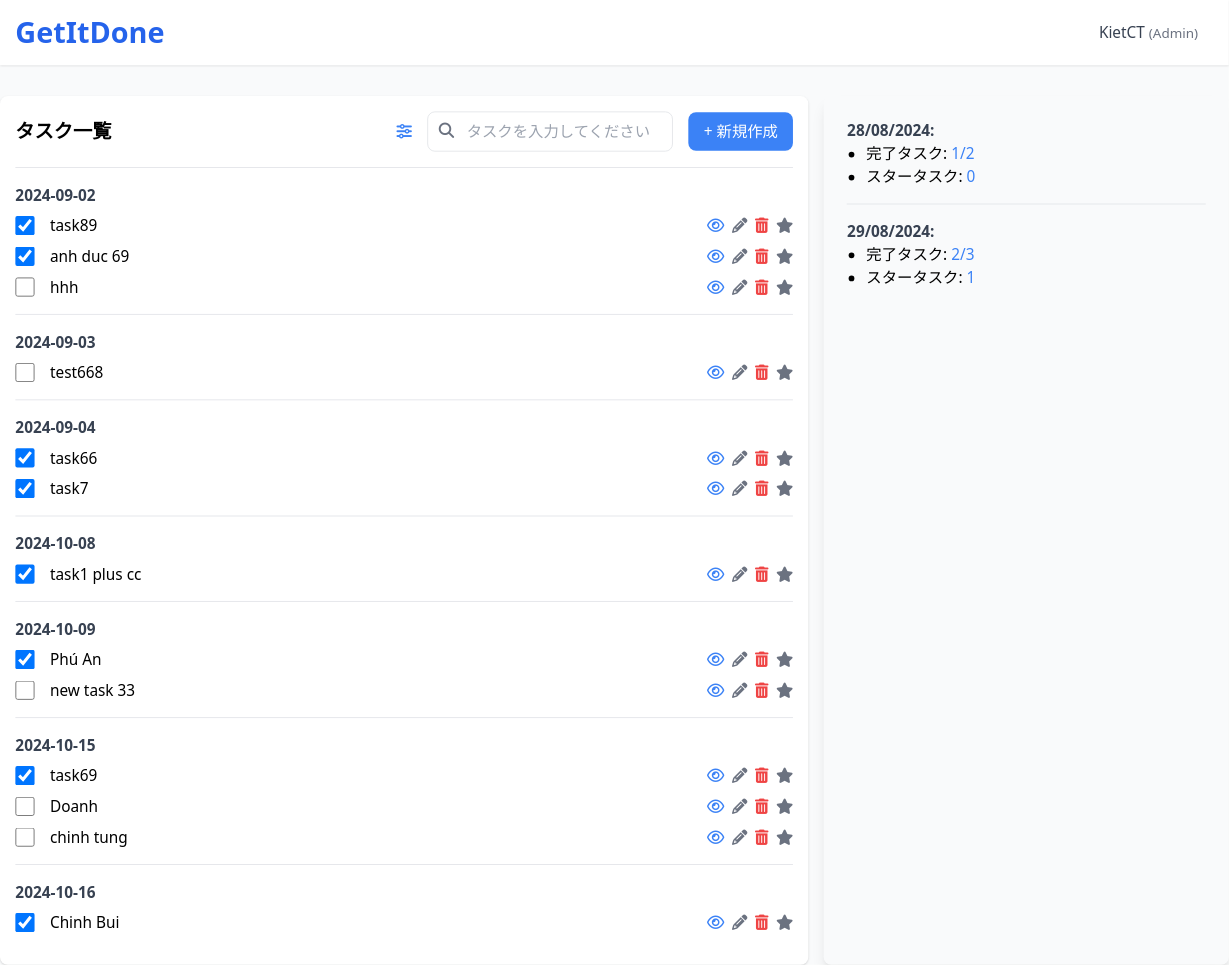
Repository: TuanAnhNguyen723/todolist
Page: http://localhost/mainscreen/mainscreen.php
The author's editor kept a copy of each file at every save. The page is drawn from the files as they stood at one save, then again after the next save.
The browser window is 1280 px wide. The pictures show the whole page, at 96% of full size.
Some web libraries are served in a nearby version. The page is run by PHP 8.4 with error messages shown; the project is at /var/www/html/. The database holds what the project's SQL file puts in it.

Above is the page before, as saved 2024-09-26 17:35:36.

After the next save:
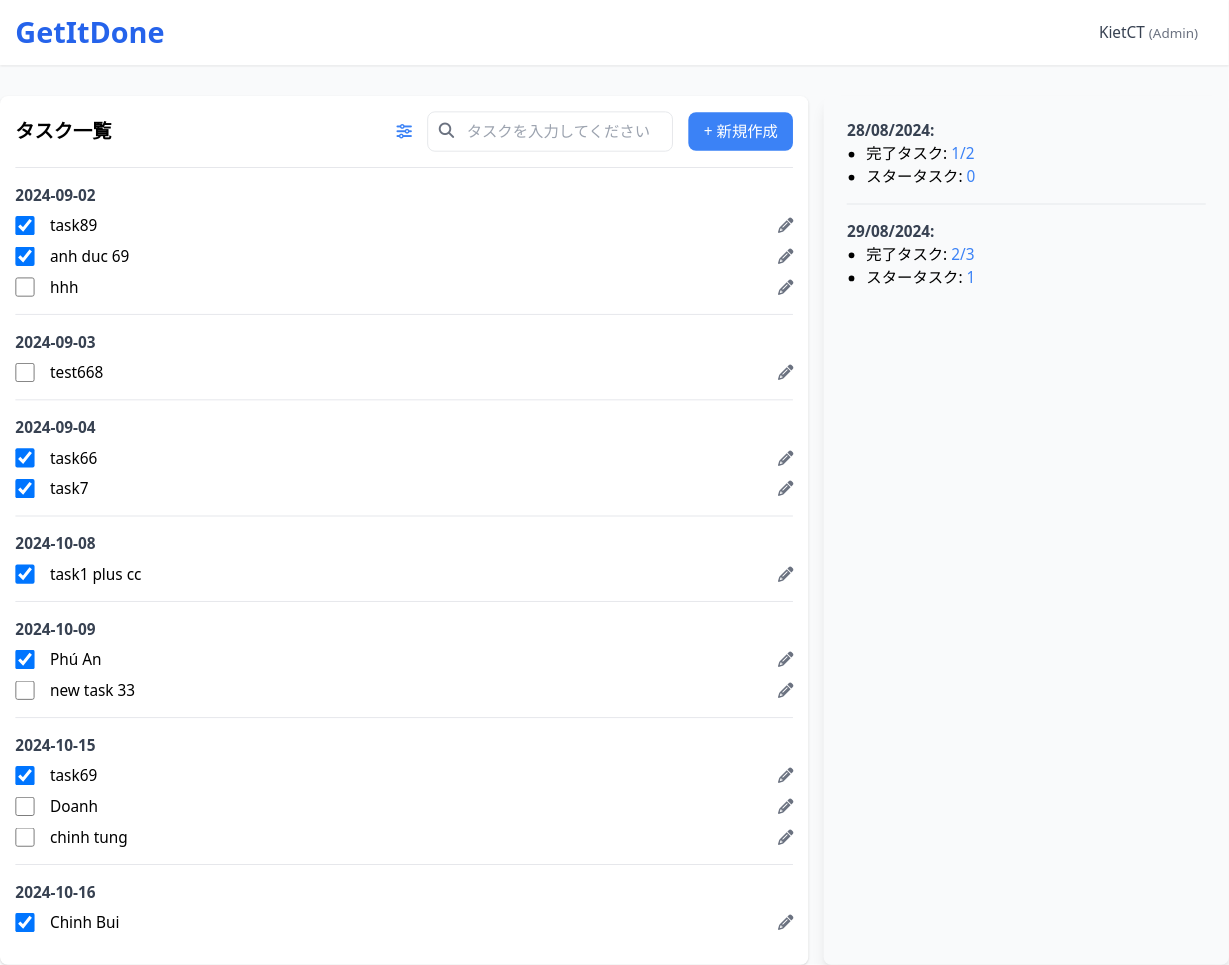
Saved 11 min 14 s later.
--- a/mainscreen/mainscreen.php
+++ b/mainscreen/mainscreen.php
@@ -70,41 +70,33 @@ include '../mainscreen/mainscreenController.php';
 
           <!-- Task Groups by Date -->
           <div class="task-container">
-            <?php foreach ($tasks_by_date as $date => $tasks): ?>
-              <!-- Hiển thị ngày -->
-              <div class="mb-4 border-t pt-4">
-                  <h3 class="font-bold text-gray-700"><?php echo htmlspecialchars($date); ?></h3>
-
-                  <!-- Hiển thị danh sách các nhiệm vụ thuộc ngày đó -->
-                  <?php foreach ($tasks as $task): ?>
-                      <div class="flex justify-between items-center space-x-4 my-2">
-                          <div class="flex items-center space-x-4">
-                              <input
-                                  type="checkbox"
-                                  class="form-checkbox h-5 w-5 toggle-complete"
-                                  <?php echo $task['checked'] ? 'checked' : ''; ?>
-                              />
-                              <span class="task-text"><?php echo htmlspecialchars($task['title']); ?></span>
-                          </div>
-                          <div class="flex space-x-2">
-                              <button class="text-blue-500 hover:text-blue-700">
-                                  <i class="fa fa-eye"></i>
-                              </button>
-                              <button class="text-gray-500 hover:text-gray-700">
-                                  <i class="fa fa-pencil"></i>
-                              </button>
-                              <button class="text-red-500 hover:text-red-700">
-                                  <i class="fa fa-trash"></i>
-                              </button>
-                              <button class="text-gray-500 hover:text-yellow-300 star-icon">
-                                  <i class="fa fa-star"></i>
-                              </button>
-                          </div>
-                      </div>
-                  <?php endforeach; ?>
-              </div>
+    <?php foreach ($tasks_by_date as $date => $tasks): ?>
+        <div class="mb-4 border-t pt-4">
+            <h3 class="font-bold text-gray-700"><?php echo htmlspecialchars($date); ?></h3>
+
+            <?php foreach ($tasks as $task): ?>
+                <div class="flex justify-between items-center space-x-4 my-2">
+                    <div class="flex items-center space-x-4">
+                        <input
+                            type="checkbox"
+                            class="form-checkbox h-5 w-5 toggle-complete"
+                            <?php echo $task['checked'] ? 'checked' : ''; ?>
+                        />
+                        <span class="task-text"><?php echo htmlspecialchars($task['title']); ?></span>
+                    </div>
+                    <div class="flex space-x-2">
+                        <!-- Nút chỉnh sửa -->
+                        <button class="text-gray-500 hover:text-gray-700" onclick="editTask(<?php echo $task['task_id']; ?>)">
+                            <i class="fa fa-pencil"></i>
+                        </button>
+                        <!-- Các nút khác -->
+                    </div>
+                </div>
             <?php endforeach; ?>
-          </div>
+        </div>
+    <?php endforeach; ?>
+</div>
+
         </div>
 
         <!-- Task Completion Summary -->
